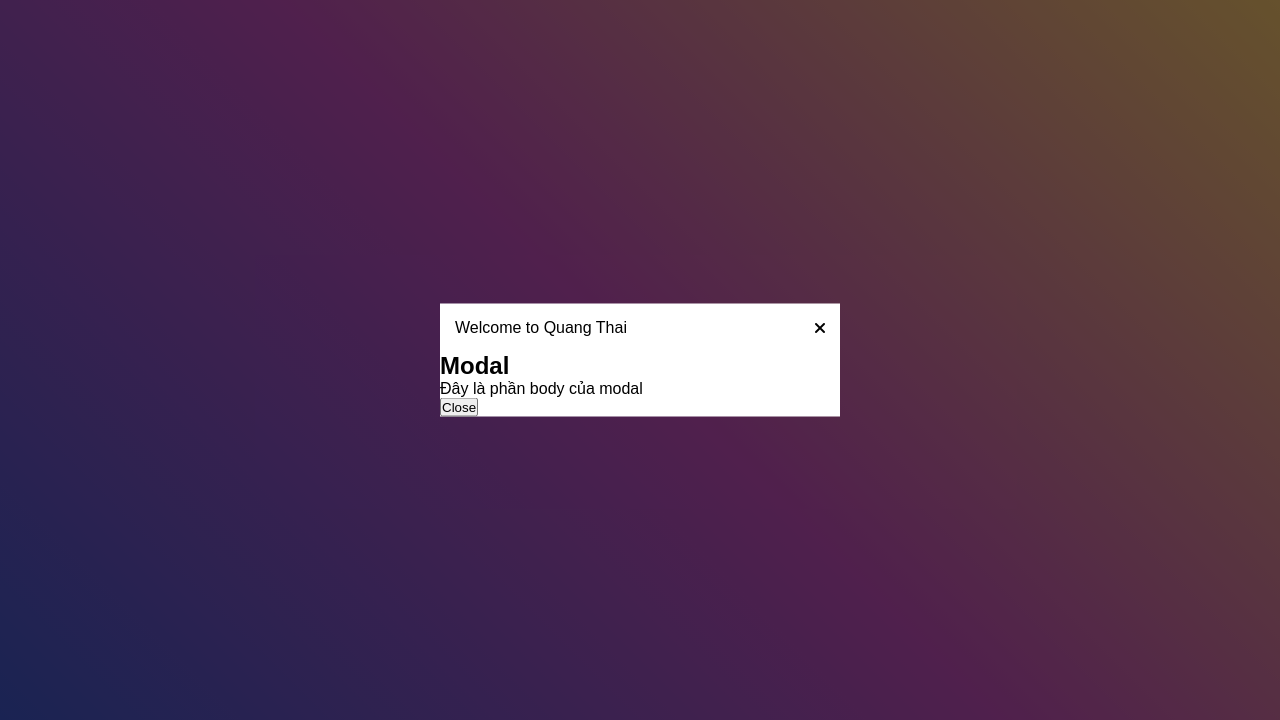
Repository: QUANGTHAI2003/modal
Page: index.html
An editor plug-in stored every save of this project. The page is shown before and after the next save, followed by the edit.
The browser window is 1280 px wide. The pictures show the whole page.

Above is the page before, as saved 2022-02-28 21:42:17.

After the next save:
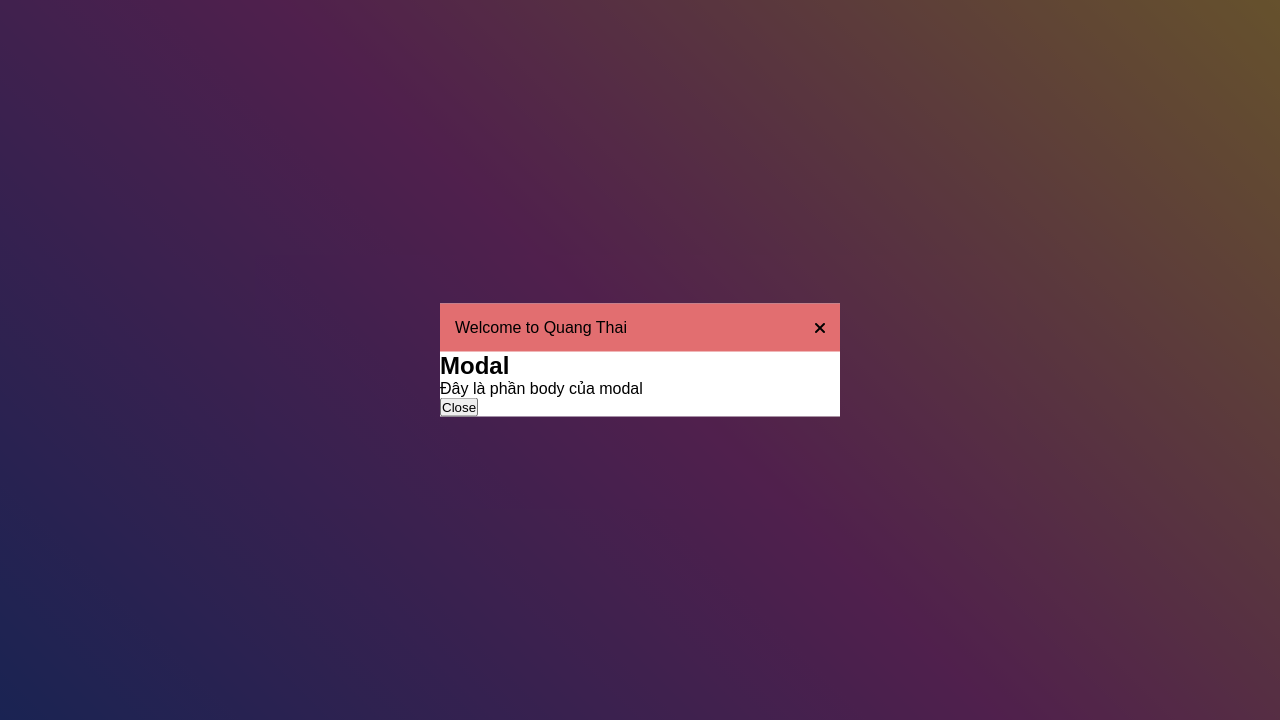
Saved 9 s later.
--- a/style.css
+++ b/style.css
@@ -55,4 +55,5 @@ body {
     justify-content: space-between;
     align-items: center;
     padding: 15px;
+    background: var(--pink-color);
 }
